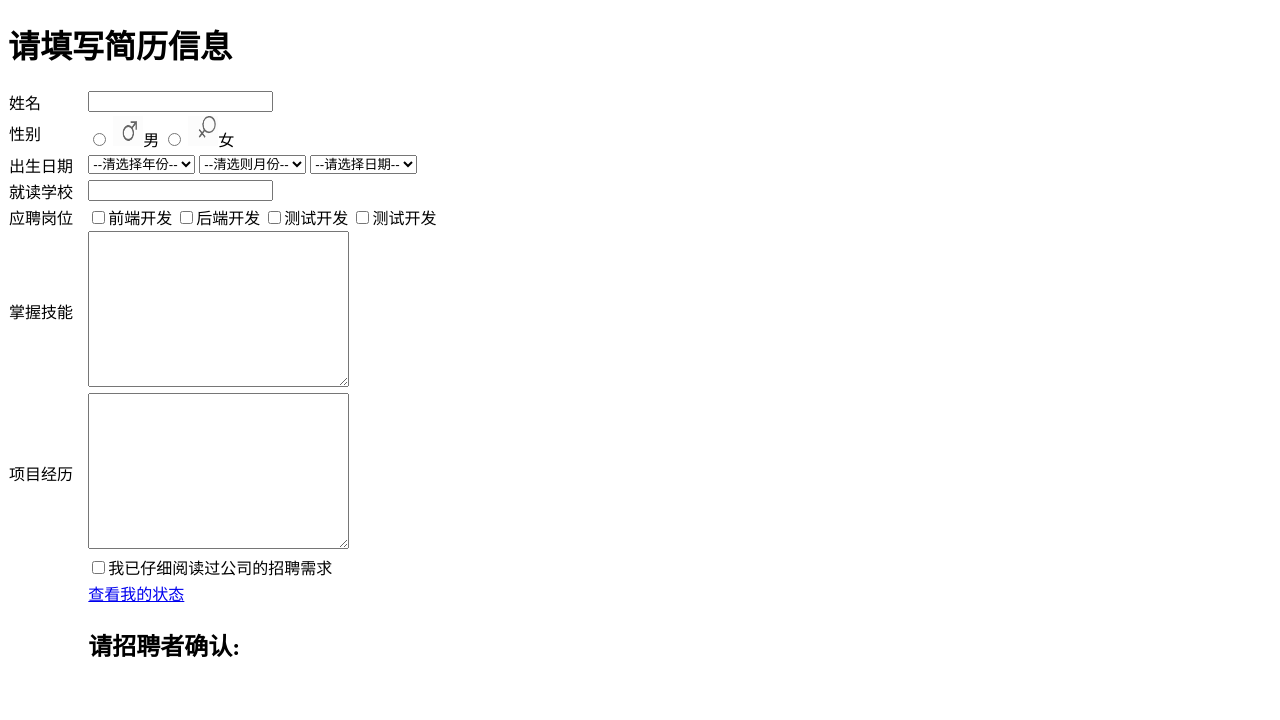
Repository: ls02/VSCode
Page: Java/2022/6-29-1/Test2.html
The author's editor kept a copy of each file at every save. The page is drawn from the files as they stood at one save, then again after a run of saves.
The browser window is 1280 px wide. The pictures show the whole page.

Above is the page before, as saved 2022-06-30 16:16:50.

After the next 2 saves:
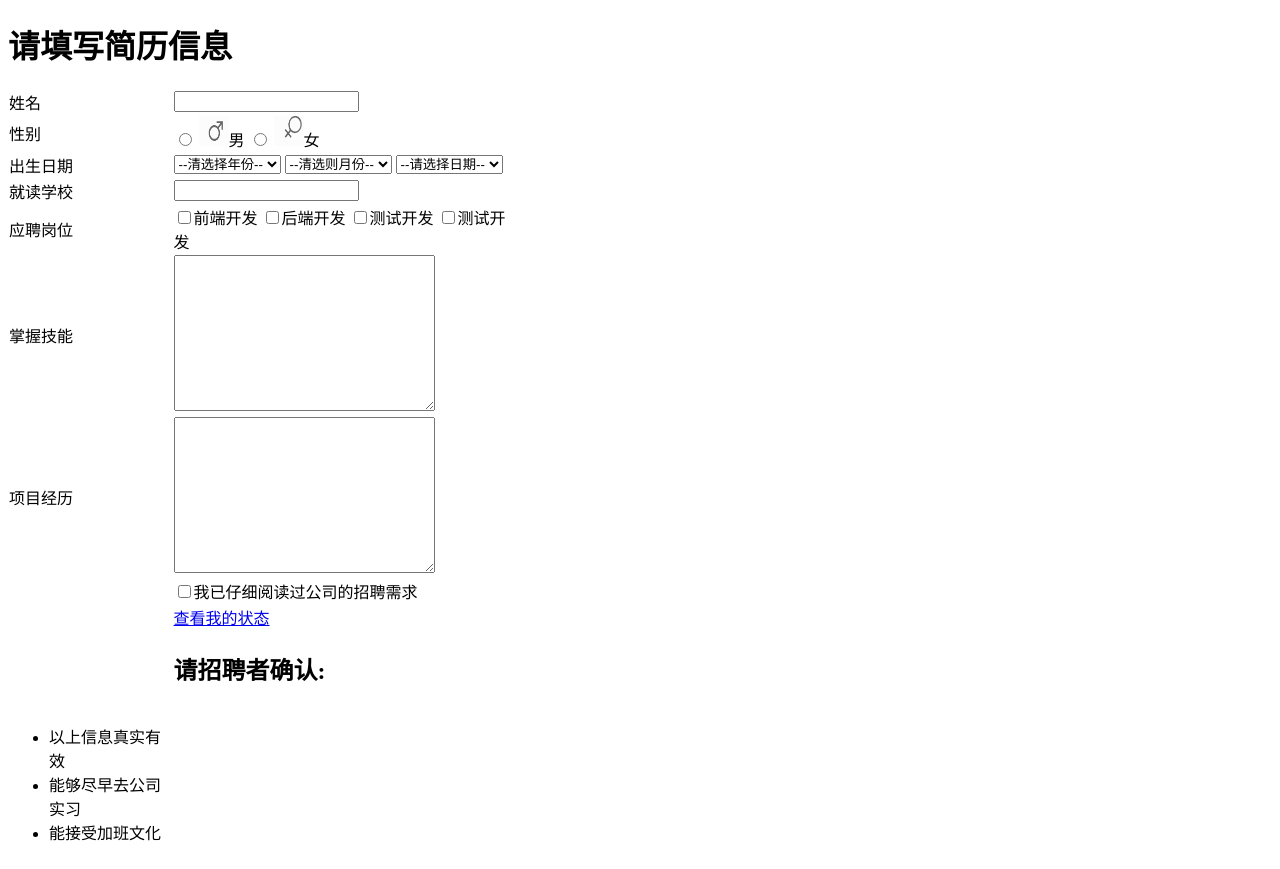
The 2 saves are shown as one change because they came seconds apart.
The last was saved 57 s later.
--- a/Java/2022/6-29-1/Test2.html
+++ b/Java/2022/6-29-1/Test2.html
@@ -161,6 +161,15 @@
             <td></td>
             <td><h2>请招聘者确认:</h2></td>
         </tr>
+        <tr>
+            <td>
+                <ul>
+                    <li>以上信息真实有效</li>
+                    <li>能够尽早去公司实习</li>
+                    <li>能接受加班文化</li>
+                </ul>
+            </td>
+        </tr>
     </table>
 </body>
 </html>
